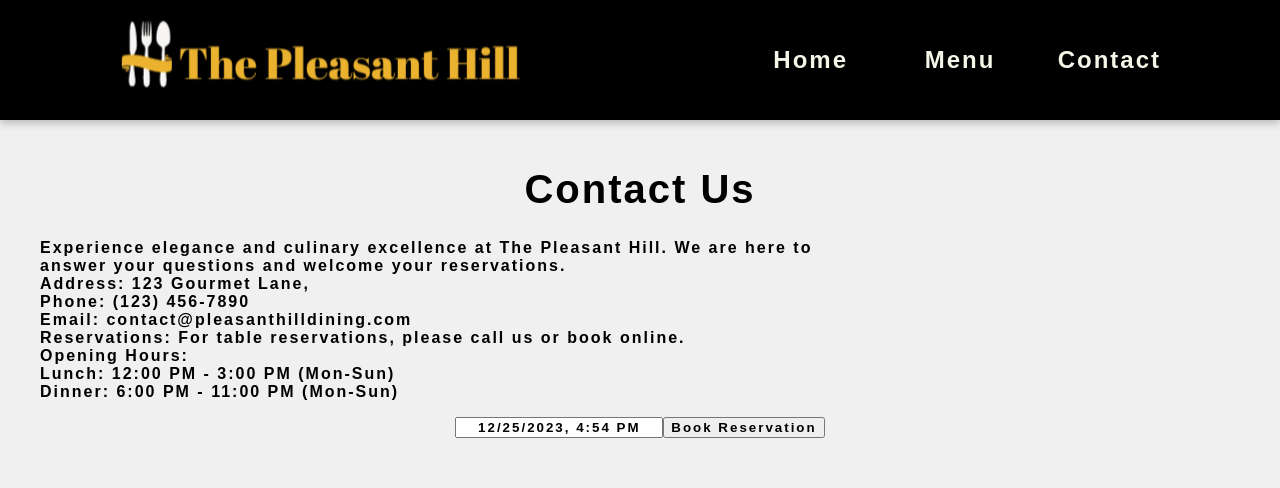
Repository: shayanabedi98/pleasant-hill-restaurant
Page: /, after clicking the first element matching `ul > :nth-child(3)`
The author's editor kept a copy of each file at every save. The page is drawn from the files as they stood at one save, then again after a run of saves.
The browser window is 1280 px wide. The pictures show the part of the page from y = 0 to 488 px (the page is 1010 px tall).
Pictures or frames that could not be fetched are drawn as grey boxes. Some web fonts or font styles are not loaded; a fallback is used. The project was rebuilt for these pictures with package versions that can differ from the ones it lists, and the page was loaded fresh each time. Also part of the build but not shown: vite.config.js, src/components/MenuList.jsx, src/components/Appetizers.jsx, src/components/Entrees.jsx, src/components/Desserts.jsx, src/components/Drinks.jsx, src/components/Menu.jsx, src/index.css.

Above is the page before, as saved 2024-01-08 16:10:56.

After the next 2 saves:
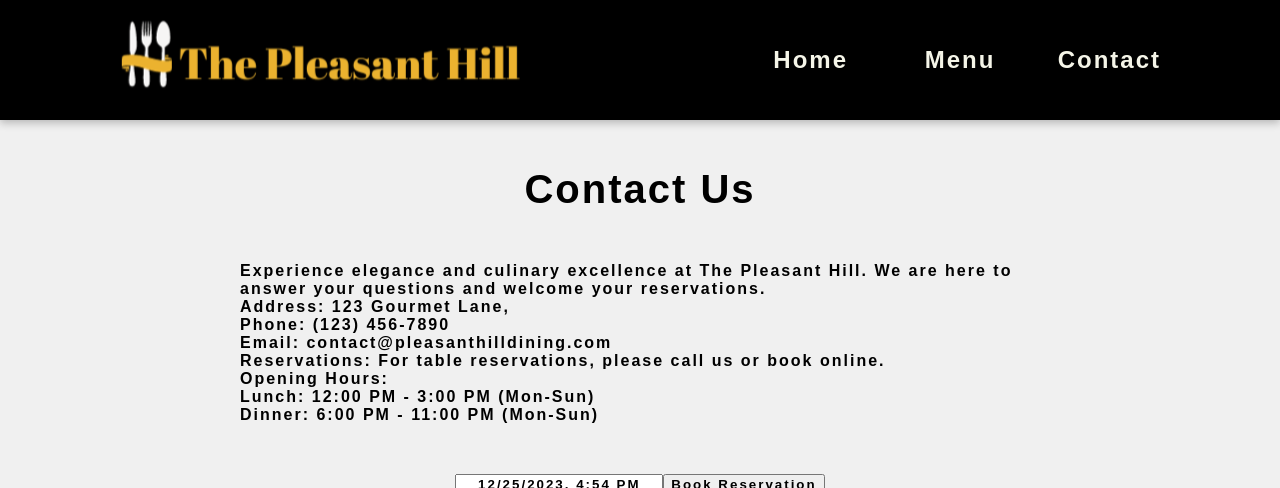
The 2 saves are shown as one change because they came seconds apart.
The last was saved 27 s later.
--- a/src/App.css
+++ b/src/App.css
@@ -205,11 +205,7 @@ body {
 .contact p {
   text-align: start;
   width: 800px;
-
-}
-
-.contact br {
-  margin: 10px 0;
+  margin: 50px auto;
 }
 
 /* Style the calendar container */
